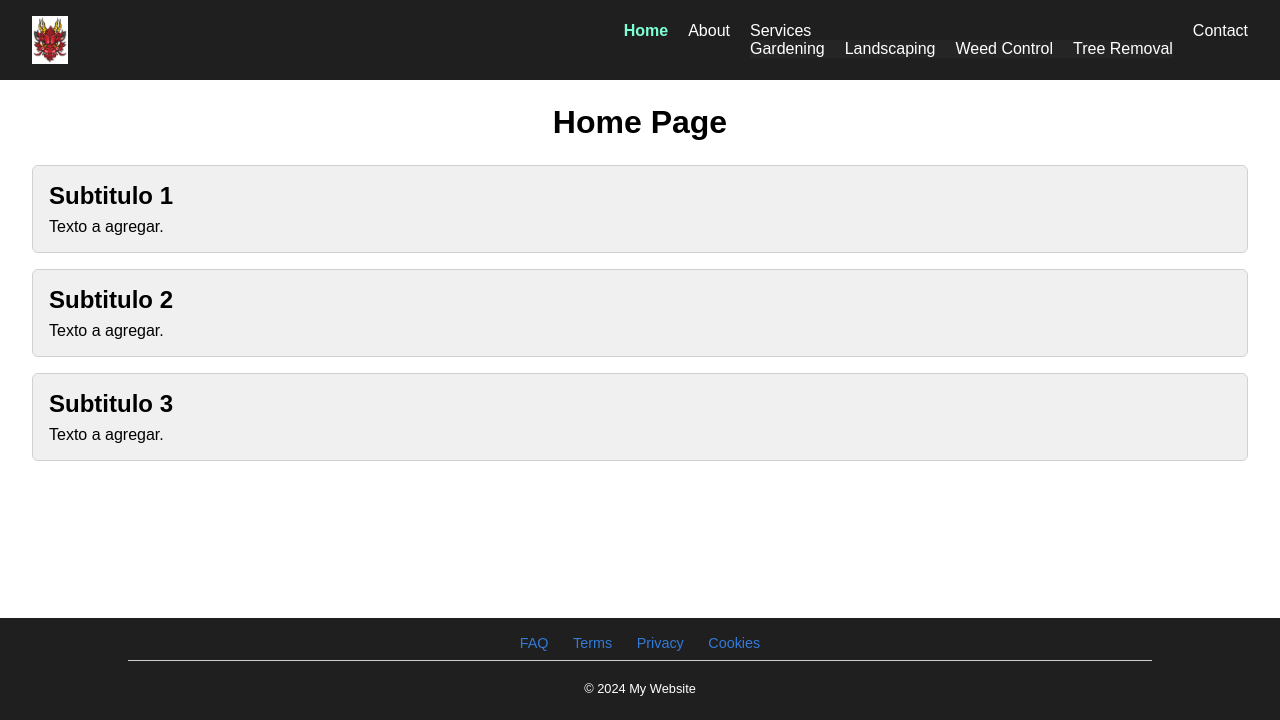
Repository: andreamm-lab/css-positioning-examples-2025-10
Page: index.html
The author's editor kept a copy of each file at every save. The page is drawn from the files as they stood at one save, then again after the next save.
The browser window is 1280 px wide. The pictures show the whole page.

Above is the page before, as saved 2025-11-06 22:03:31.

### index.html
<!DOCTYPE html>
<html lang="en">
<head>
    <meta charset="UTF-8">
    <meta name="viewport" content="width=device-width, initial-scale=1.0">
    <title>Basic Nav Example</title>
    <link rel="stylesheet" href="./main.css">
</head>
<body>
    <header>
        <!-- Primary navigation -->
        <nav aria-label="Primary navigation">
            <a href="index.html">
                <img src="images/dragon.png" alt="Dragon logo">
            </a>
            <ul>
                <li><a href="index.html" class="current">Home</a></li>
                <li><a href="pages/about.html">About</a></li>
                <li>
                    <a href="pages/services.html">Services</a>
                    <ul id="services-menu">
                        <li><a href="#">Gardening</a></li>
                        <li><a href="#">Landscaping</a></li>
                        <li><a href="#">Weed Control</a></li>
                        <li><a href="#">Tree Removal</a></li>
                    </ul>
                </li>
                <li><a href="pages/contact.html">Contact</a></li>
            </ul>
        </nav>
    </header>

    <main class="home-main">
        <h1 id="page-title">Home Page</h1>

        <div class="card-grid">
            <article class="card">
                <h2>Subtitulo 1</h2>
                <p>Texto a agregar.</p>
            </article>
            <article class="card">
                <h2>Subtitulo 2</h2>
                <p>Texto a agregar.</p>
            </article>
            <article class="card">
                <h2>Subtitulo 3</h2>
                <p>Texto a agregar.</p>
            </article>
        </div>
    </main>

    <!-- Footer navigation -->
    <footer id="main-footer">
        <nav aria-label="Footer navigation">
            <ul>
                <li><a href="#">FAQ</a></li>
                <li><a href="#">Terms</a></li>
                <li><a href="#">Privacy</a></li>
                <li><a href="#">Cookies</a></li>
            </ul>
        </nav>

        <hr class="footer-line">

        <p>© 2024 My Website</p>
    </footer>
</body>
</html>

### main.css
/* 1.---------------------- General ---------------------- */

*  {
    Box-sizing: border-box;
    Margin: 0;
    Padding: 0;
}

Body {
    Font-family: Arial, Helvetica, sans-serif;
    Background-color: #ffffff;
    Color: #000;
    Min-height: 100vh;
    Display: flex;
    Flex-direction: column;
}

Main {
    Flex: 1;
}

/* 2.---------------------- Header ---------------------- */

/* Header navigation: logo + menú */
Header nav {
    Padding: 10px 32px;
    Min-height: 80px;
    Background-color: #1F1F1F;
    Display: flex;
    Align-items: center;           /* centra verticalmente */
    Justify-content: space-between; /* separa logo y menú */
}

Header nav img {
    Max-height: 48px;
    Background-color: white;
    Display: inline-block;
    Vertical-align: middle;
}

Header nav ul {
    List-style: none;
    Display: flex;
    Gap: 20px;
}

Header nav ul li a {
    Text-decoration: none;
    Color: white;
}

Header nav ul li a.current {
    Color: aquamarine;
    Font-weight: bold;
}

Header nav ul li a:hover {
    Color: rgb(92, 229, 0);
}

/* 3.---------------------- Main / Home content ---------------------- */

Main {
    Display: block;
    Padding: 24px 32px; /* padding general para Home */
}

/* 🔹 en la página Services (class=”page”), quitamos el padding superior */
Main.page {
    Padding: 0 32px 24px 32px; /* top=0 para pegar al header */
}

#page-title {
    Font-size: 2rem;
    Text-align: center;
    Margin-bottom: 24px;
}

.card-grid {
    Display: block;
}

.card {
    Background-color: #f0f0f0;
    Border: 1px solid #d0d0d0;
    Border-radius: 6px;
    Padding: 16px;
    Margin-bottom: 16px;
}

.card h2 {
    Margin-bottom: 8px;
}

/* 4.---------------------- Services layout ---------------------- */

/* Contenedor principal: contenido + aside */
.page {
    Display: flex;   /* coloca el contenido y aside en columnas */
    Gap: 0;
}

/* Contenido principal */
.main-content {
    Width: 72%;
    Vertical-align: top;
}

/* Aside Categories */
.side-nav {
    Width: 28%;
    Background-color: #2a2a2a;
    Color: #fff;
    Margin: 0;                /* sin espacio externo */
    Padding: 0;               /* sin espacio interno general */
    Border: none;             /* sin borde */
    Box-sizing: border-box;
    Min-height: 100%;         /* ocupa todo el alto */
}

/* Título dentro del aside */
.side-nav h2 {
    Margin: 0;
    Padding: 16px 16px 8px;
    Font-size: 1.6rem;
    Font-weight: 700;
}

/* Lista del aside */
.side-nav ul {
    List-style: none;
    Margin: 0;
    Padding: 0 16px 16px;
}

.side-nav ul li {
    Margin: 0;
    Padding: 6px 0;
}

.side-nav ul li a {
    Color: #4bb4ff;
    Text-decoration: none;
    Display: inline-block;
    Width: 100%;
}

.side-nav ul li a:hover {
    Text-decoration: underline;
    Background-color: #1f1f1f;
}

/* 5.---------------------- Footer ---------------------- */

#main-footer {
    Background-color: #1F1F1F;
    Color: #ffffff;
    Text-align: center;
    Padding: 16px 0 24px;
    Margin: 0;
    Width: 100%;
}

#main-footer nav {
    Background: none;
    Padding: 0;
    Margin: 0 auto;
}

#main-footer nav ul {
    Display: inline-block;
    List-style: none;
    Margin: 0;
    Padding: 0;
}

#main-footer nav ul li {
    Display: inline-block;
    Margin: 0 10px;
}

#main-footer nav ul li a {
    Color: rgb(51, 122, 216);
    Text-decoration: none;
    Font-size: 0.9rem;
}

/* Línea gris */
.footer-line {
    Border: none;
    Border-top: 1px solid #ccc;
    Width: 80%;
    Margin: 8px auto 12px;
}

/* Texto */
#main-footer p {
    Font-size: 0.8rem;
    Margin: 0;
    Padding-top: 8px;
}


/* Services dropdown menu */
#services-menu {
    background-color: #252525
}

After the next save:
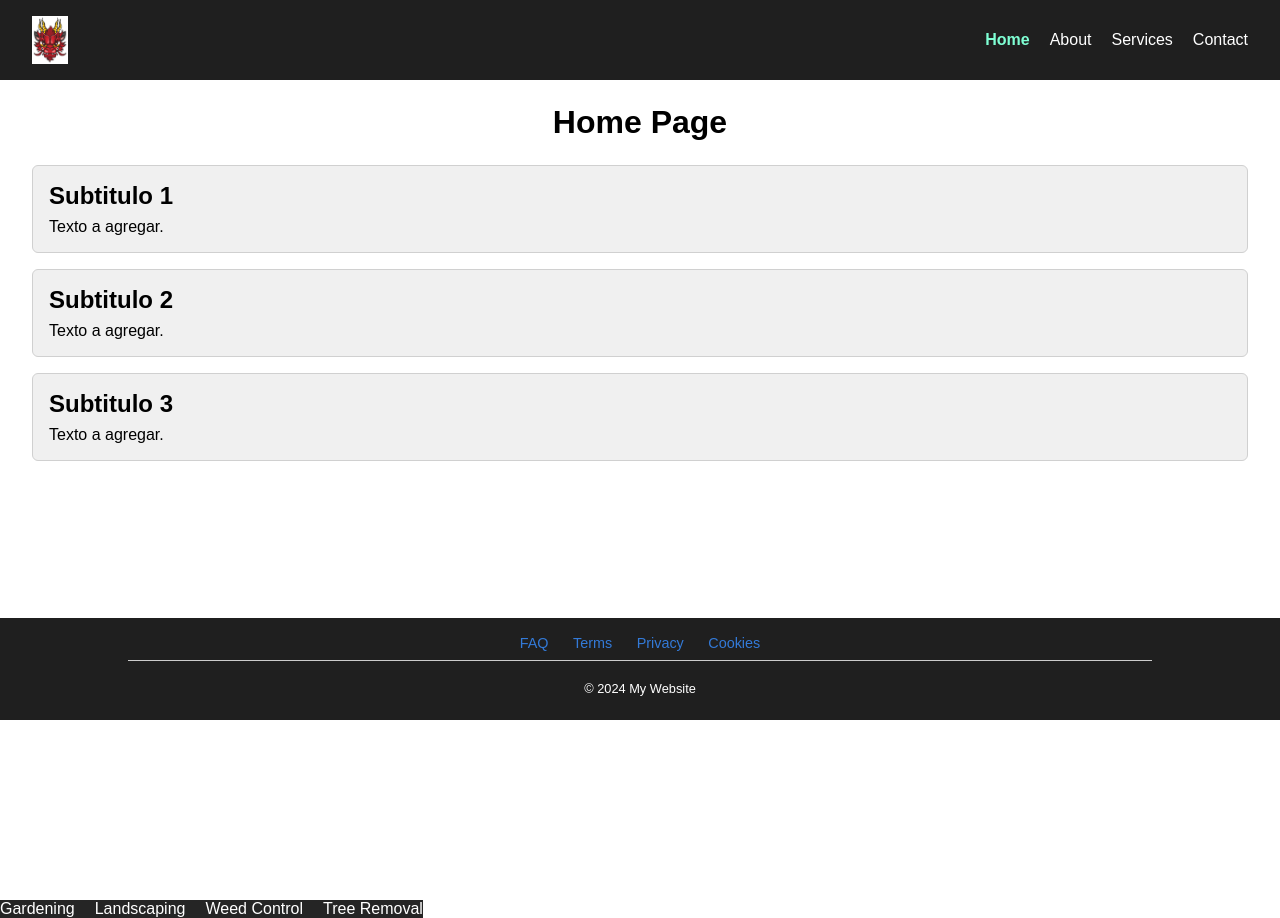
Saved 25 min 43 s later.
--- a/main.css
+++ b/main.css
@@ -202,6 +202,13 @@ Main.page {
 
 
 /* Services dropdown menu */
+#services-li {
+    position: relative;
+}
+
 #services-menu {
+    position: absolute;
+    top: 125%;
+    left: 0px;
     background-color: #252525
 }
